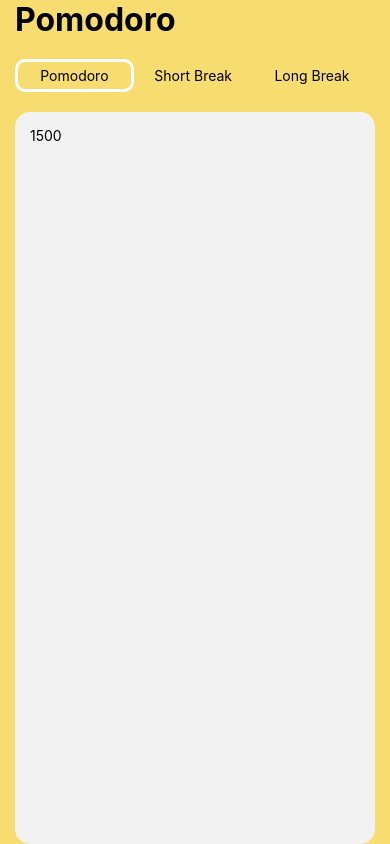
Repository: rchavarria77/pomodoro-app
Screen: /
These files come from the project's save history. The screen is drawn as it stood at one moment and after the next save; the edit follows.
The app was drawn by React Native's web renderer in a window 390 px wide. The project was rebuilt for these pictures with package versions that can differ from the ones it lists, and the page was loaded fresh each time.

Above is the screen before, as saved 2024-02-01 00:59:46.

After the next save:
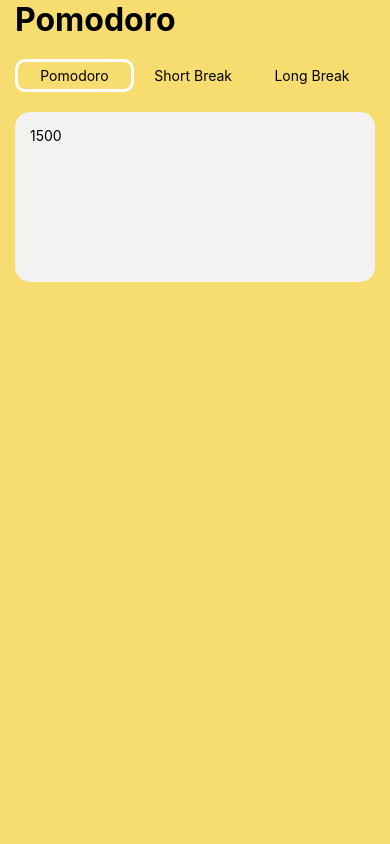
Saved 7 s later.
--- a/src/components/Timer.jsx
+++ b/src/components/Timer.jsx
@@ -10,7 +10,7 @@ export const Timer = ({ time }) => {
 
 const styles = StyleSheet.create({
   container: {
-    flex: 1,
+    flex: 0.2,
     backgroundColor: '#F2F2F2',
     padding: 15,
     borderRadius: 15,
